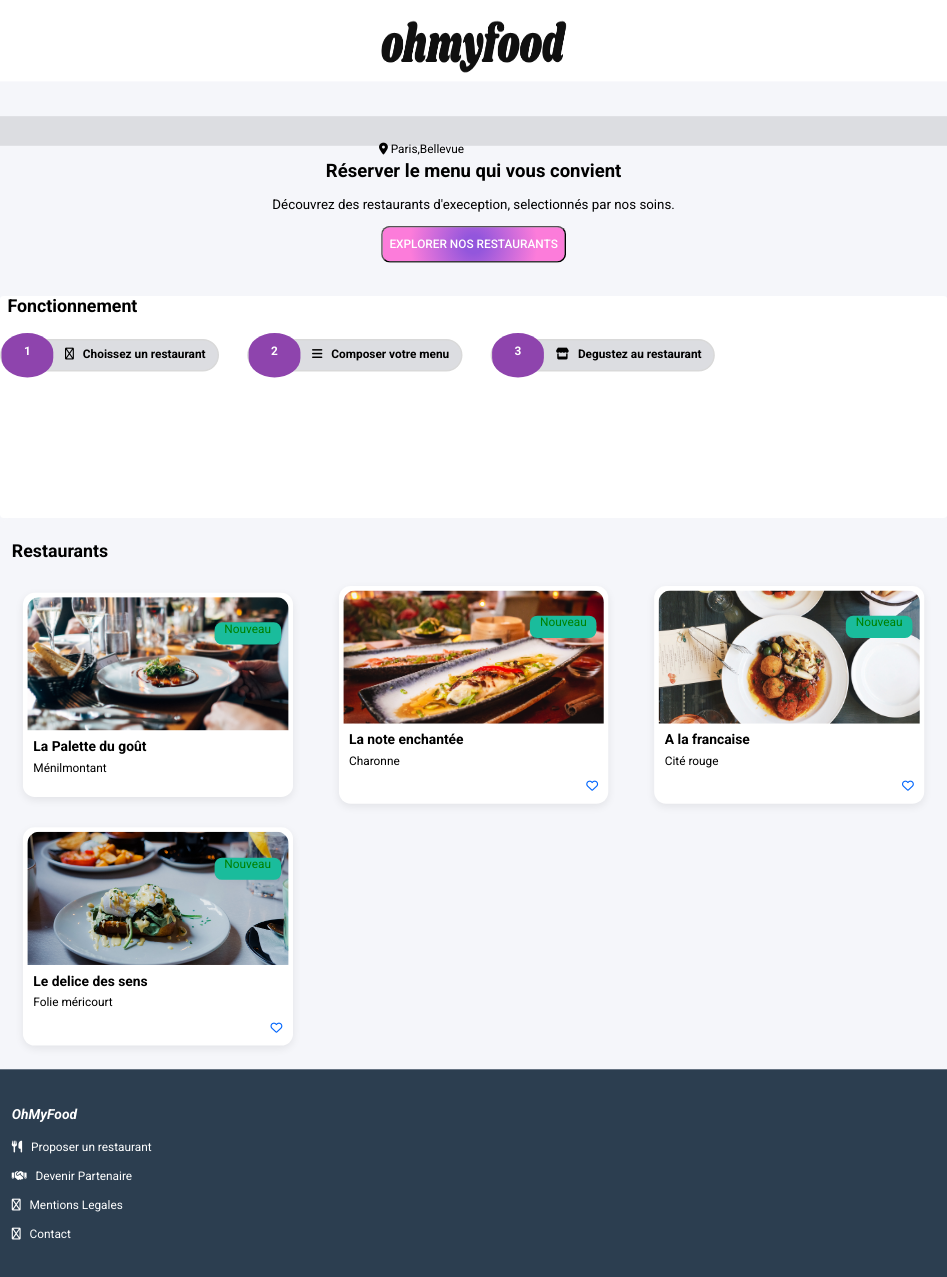
Repository: ultraasedev/ohmyfood
Page: index.html
An editor plug-in stored every save of this project. The page is shown before and after the next save, followed by the edit.
The browser window is 1280 px wide. The pictures show the whole page, at 74% of full size.
Some web fonts or font styles are not loaded; a fallback is used. Some web libraries are served in a nearby version.

Above is the page before, as saved 2022-10-27 21:07:47.

### index.html
<!doctype html>
<html lang="fr">
    <head>
        <meta charset="UTF-8">
        <meta name="viewport" content="width=device-width,minimum-scale=1,initial-scale=1,maximum-scale=2">

      <title>Ohmyfood!  - Home</title>
       <meta name="description" content="Ohmyfood! est une entreprise de commande de repas en ligne. Notre concept permet aux
       utilisateurs de composer leur propre menu et réduire leur temps d’attente dans les
       restaurants car leur menu est préparé à l’avance. Plus de perte de temps à consulter la carte"/>
       <meta property="og:site_name" content="Ohmyfood!  - est une entreprise de commande de repas en ligne. Notre concept permet aux
       utilisateurs de composer leur propre menu et réduire leur temps d’attente dans les
       restaurants car leur menu est préparé à l’avance. Plus de perte de temps à consulter la carte" />
       <meta property="og:description" content="est une entreprise de commande de repas en ligne. Notre concept permet aux
       utilisateurs de composer leur propre menu et réduire leur temps d’attente dans les
       restaurants car leur menu est préparé à l’avance. Plus de perte de temps à consulter la carte" />




       <link type="text/css" rel="stylesheet" href="css/normalize.css"/>
       <link type="text/css" rel="stylesheet" href="css/all.min.css"/>
       <link type="text/css" rel="stylesheet" href="css/fontawesome.min.css"/>
       <link rel="preconnect" href="https://fonts.googleapis.com">
        <link rel="preconnect" href="https://fonts.gstatic.com" crossorigin>
       <link href="https://fonts.googleapis.com/css2?family=Roboto:ital,wght@0,100;0,300;0,400;0,500;0,700;0,900;1,100;1,300;1,400;1,500;1,700;1,900&family=Shrikhand&display=swap" rel="stylesheet">
       <script   src="https://kit.fontawesome.com/f132f25ed3.js" crossorigin="anonymous"></script>

       <link type="text/css" rel="stylesheet" href="css/style.css" />



       </head>

       <body>
<!--Nav + Logo-->
   <div class="nav">
    <div class="logo">
      <img src="images/logo/ohmyfood.png" alt="Ohmyfood !" class="logo"/>
    </div>
   </div>


<!--Header-->
<header>
  <!--Location-->
 <div class="location">
  <div class="villeloca"><p><i class="fa-sharp fa-solid fa-location-dot"></i> Paris,Bellevue</p></div>
</div>

  <div class="head-cont">
    <h2>Réserver le menu qui vous convient</h2>
    <p>Découvrez des restaurants d'exeception, selectionnés par nos soins.</p>

    <button class="btn-nav">
      Explorer nos restaurants
    </button>
  </div>
</header>

<!--Fonctionnement-->
<section class="cont-fonc">
  <h2>Fonctionnement</h2>

  <div class="ctn-filtres">

    <div class="filtres">
      <div class="circle-inf"><p>1</p></div>
      <p><i class="fa-regular fa-phone"></i>&nbsp;&nbsp;&nbsp;Choissez un restaurant</p>
    </div>

    <div class="filtres">
      <div class="circle-inf"><p>2</p></div>
      <p><i class="fa-solid fa-bars"></i>&nbsp;&nbsp;&nbsp;Composer votre menu</p>
    </div>

    <div class="filtres">
      <div class="circle-inf"><p>3</p></div>
      <p><i class="fa-solid fa-store"></i>&nbsp;&nbsp;&nbsp;Degustez au restaurant</p>
    </div>


  </div>

</section>
<!--Fonctionnement-->

<!--Restau 1-->
<section class="cont-art">
  <h2>Restaurants</h2>

  <!-- Card 1 -->
              <article class="resto-card">
                <a href="#">
                  <img
                    src="./images/restaurants/jay-wennington-N_Y88TWmGwA-unsplash.jpg"
                    alt="Photo de l'hébergement"
                  />
                  <div class="new">Nouveau</div>
                  <h3>La Palette du goût</h3>
                  <p>Ménilmontant</p>
                  <div class="stars">
                    <i class="fa-regular fa-heart active"></i>
                  </div>
                </a>
              </article>


               <!-- Card 2 -->
               <article class="resto-card">
                <a href="#">
                  <img
                    src="./images/restaurants/louis-hansel-shotsoflouis-qNBGVyOCY8Q-unsplash.jpg"
                    alt="Photo de l'hébergement"
                  />
                  <div class="new">Nouveau</div>
                  <h3>La note enchantée</h3>
                  <p>Charonne</p>
                  <div class="stars">
                    <i class="fa-regular fa-heart"></i>

                  </div>
                </a>
              </article>

               <!-- Card 3 -->
               <article class="resto-card">
                <a href="#">
                  <img
                    src="./images/restaurants/stil-u2Lp8tXIcjw-unsplash.jpg"
                    alt="Photo de l'hébergement"
                  />
                  <div class="new">Nouveau</div>
                  <h3>A la francaise</h3>
                  <p>Cité rouge</p>
                  <div class="stars">
                    <i class="fa-regular fa-heart"></i>
                  </div>
                </a>
              </article>

               <!-- Card 4 -->
               <article class="resto-card">
                <a href="#">
                  <img
                    src="./images/restaurants/toa-heftiba-DQKerTsQwi0-unsplash.jpg"
                    alt="Photo de l'hébergement"
                  />
                  <div class="new">Nouveau</div>
                  <h3>Le delice des sens</h3>
                  <p>Folie méricourt</p>
                  <div class="stars">
                    <i class="fa-regular fa-heart"></i>
                  </div>
                </a>
              </article>




</section>

<!--FOOTER-->
<footer>
  <div class="container-footer">
    <div class="card-footer">
      <h3 style="font-family: 'Roboto';font-weight: 700;font-style: italic;">OhMyFood</h3>
      <!--<img src="images/logo/ohmyfood.png" alt="Ohmyfood !" height="20px" width="80px" style="margin-bottom: 10px;"/>-->
      <a href="#"><i class="fa-solid fa-utensils"></i>&nbsp;&nbsp;&nbsp;Proposer un restaurant</a>
      <a href="#"><i class="fa-solid fa-handshake"></i>&nbsp;&nbsp;&nbsp;Devenir Partenaire</a>
      <a href="#"><i class="fa-regular fa-circle-info"></i>&nbsp;&nbsp;&nbsp;Mentions Legales</a>
      <a href="#"><i class="fa-regular fa-phone"></i>&nbsp;&nbsp;&nbsp;Contact</a>

    </div>

</footer>

### css/style.css
*{
    box-sizing: border-box;
    font-family: var(--fontall);
    max-width: 1380px;

}
:root{

  /*Font*/
  --fontall: 'Roboto', sans-serif;
  --fontlg: 'Shrikhand' , cursive;

  /*color*/
  --primary: #9356DC;
  --secon: #FF79DA;
  --tert: #99E2D0;

  --greybg: #f5f6fa;

}


body{
    background-color:  var(--greybg);
    font-family: var(--fontall);
}

/* Nav*/
.nav{
  display: flex;
  height: 130px;
  width: 100%;
  background-color: #fff;
  align-items: center;
  align-content: center;
  text-align: center;
  margin-bottom: 10px;
}
/*Logo*/
.logo{
  position: relative;
  align-items: center;
  align-content: center;
  text-align: center;
  margin-right: auto;
  margin-left: auto;
}
.logo img{
  height: 70px;
  width: 250px;
}
/*Header*/
header{
  position: absolute;
  height: 300px;
  width: 100%;
  background-color: #f5f6fa;
  align-items: center;
  align-content: center;
  text-align: center;
  margin-top: -30px;
}
/*Location*/
.location{
  position: flex;
  background-color: #dcdde1;
  height: 40px;
  margin-top: -8px;
  align-items: center;
  align-content: center;
  text-align: center;
}
.location .villeloca{
  position: absolute;
  align-items: center;
  align-content: center;
  text-align: center;
  left: 40%;
}

/*Head-Cont*/

.head-cont h2{
  font-size: 25px;
  font-weight: bold;

}
.head-cont p{
  font-size: 18px;
  font-weight: 400;

}
/*Btn-nav*/
.btn-nav{
  align-items: center;
  align-content: center;
  text-transform: uppercase;
  transition: 0.5s;
  background: rgb(147,86,220);
  background: radial-gradient(circle, rgba(147,86,220,1) 10%, rgba(252,124,218,1) 69%);
  z-index: -1;
  transition: transform 400ms ease-in;
  color: #fff;
  width: 250px;
  height: 50px;
  overflow: hidden;
  text-decoration: none;
  border-radius: 12px;
 font-weight: 500;

}
/*Fonctionnement*/
.cont-fonc{
  position: relative;
  background-color: #fff;
  height: 300px;
  margin-top: 270px;
  border-radius: 5px;
}

.cont-fonc h2 {
 margin-left: 10px;
 margin-top: 20px;
 margin-bottom: 30px;
}
.cont-fonc .ctn-filtres {
  display: flex;
  align-items: center;
  gap: 38px;
  flex-wrap: wrap;
  margin-bottom: 35px;
}
.cont-fonc .circle-inf{
  background-color: #8e44ad;
  width: 70px;
  height: 60px;
  border-radius: 80px / 60px;
  text-align: center;
  color: #fff;
  font-weight: bold;
}
.cont-fonc .circle-inf p{
  text-align: center;
  justify-items: center;
  justify-content: center;
}
.cont-fonc .ctn-filtres .filtres{
  display: flex;
  align-items: center;
  gap: 16px;
  border: 2px solid #d9d9d9;
  border-radius: 32px;
  padding: 0 16px 0 0;
  height: 44px;
  transition: 0.2s;
  cursor: pointer;
  font-weight: bold;
  background-color: #dcdde1;
}
/* Content Article */
.cont-art{
  background-color: #f5f6fa;
  padding: 32px 16px;
  border-radius: 16px;
  display: grid;
  grid-template-columns: repeat(3, 1fr);
  gap: 32px;
  left: 10px;
}
.cont-art h2 {
  grid-column: 1/-1;
  margin: 0;
}
.cont-art .resto-card{
  background: white;
  padding: 6px;
  border-radius: 16px;
  margin: auto;
  box-shadow: rgba(0, 0, 0, 0.08) 0px 4px 12px;
  transition: 0.2s;
  width: calc(100% - 30px);
}
.cont-art .resto-card .new{
  position: relative;
  background-color: #1abc9c;
  color: green;
  height: 30px;
  width: 90px;
  text-align: center;
  justify-content: center;
  align-items: center;
  border-radius: 10px;
  float: right;
  top: -150px;
  margin-right: 10px;
  font-weight: 400;
}
.cont-art .resto-card img {
  height: 180px;
  object-fit: cover;
  width: 100%;
  border-top-right-radius: 16px;
  border-top-left-radius:16px;
}
.cont-art .resto-card a {
  text-decoration: none;
  color: inherit;
}

.cont-art .resto-card h3 {
  margin: 8px 8px 8px;
}

.cont-art .resto-card p {
  margin: 8px 8px 8px;
}

.cont-art .resto-card .stars {
  margin: 8px 8px 8px;
  color: #0065fc;
  float: right;
}
.cont-art .resto-card .stars .active{
  margin: 8px 8px 8px;
  color: #f52179;
  display: none;
}
.cont-art .resto-card .stars .active:hover{

}

/*FOOTER*/
footer {
  background-color: #2c3e50;
  padding: 32px 16px;
  color: #fff;
}
.container-footer {
  display: flex;
  max-width: 1330px;
  margin: auto;
  font-family: "Raleway", sans-serif;
  gap: 16px;
}
.card-footer {
  display: flex;
  flex-direction: column;
  min-width: 30%;
}

.card-footer a {
  margin-top: 5px;
  margin-bottom: 16px;
  text-decoration: none;
  color: inherit;
}

.card-footer a:hover {
  text-decoration: underline !important;
}

Loaded but not shown: css/normalize.css (library); css/all.min.css (library); css/fontawesome.min.css (library)

After the next save:
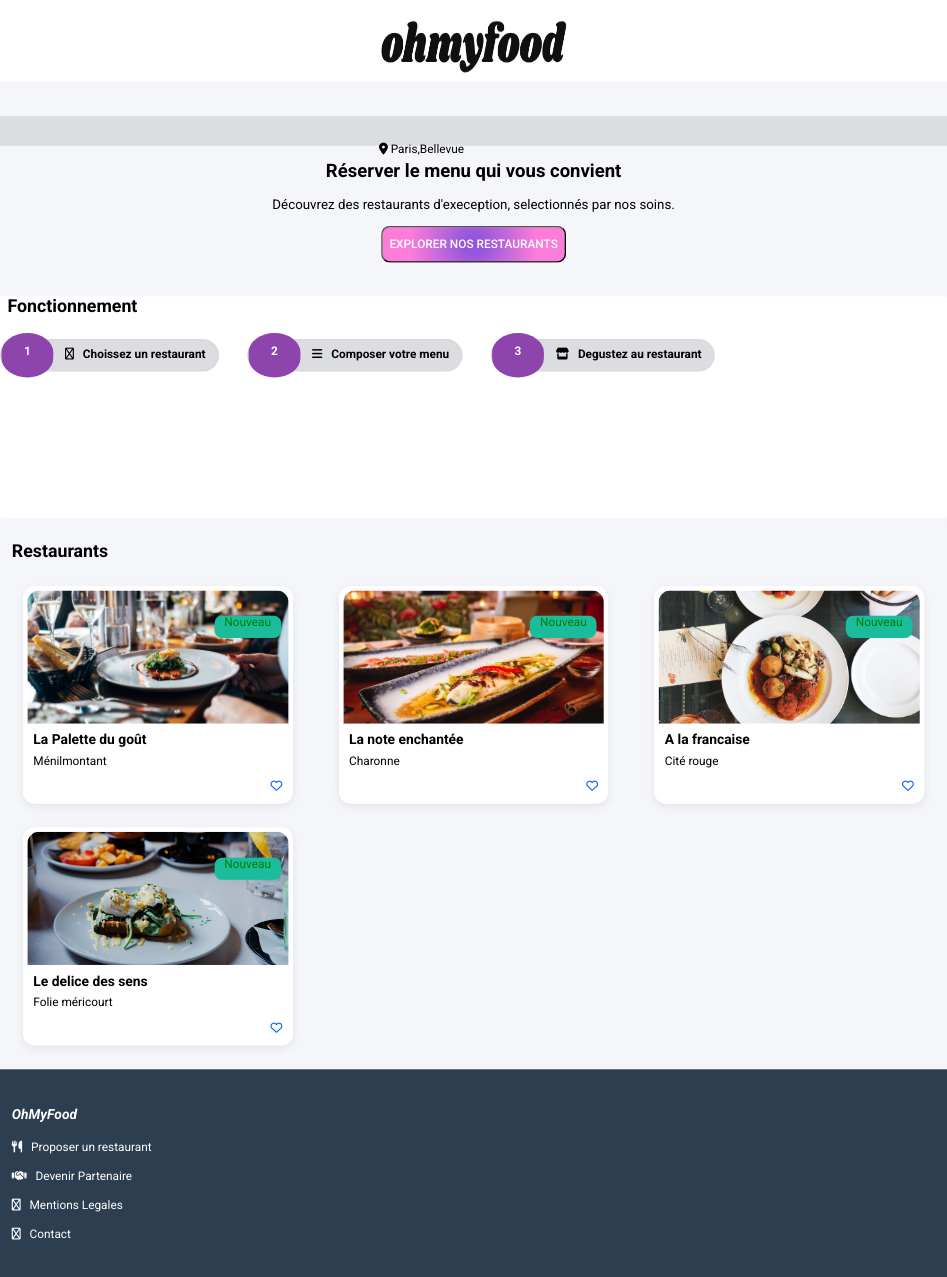
Saved 61 s later.
--- a/index.html
+++ b/index.html
@@ -60,6 +60,7 @@
 
 <!--Fonctionnement-->
 <section class="cont-fonc">
+
   <h2>Fonctionnement</h2>
 
   <div class="ctn-filtres">
@@ -100,7 +101,8 @@
                   <h3>La Palette du goût</h3>
                   <p>Ménilmontant</p>
                   <div class="stars">
-                    <i class="fa-regular fa-heart active"></i>
+                    <i class="fa-regular fa-heart"></i>
+                    <i class="fa-solid fa-heart active" ></i>
                   </div>
                 </a>
               </article>
